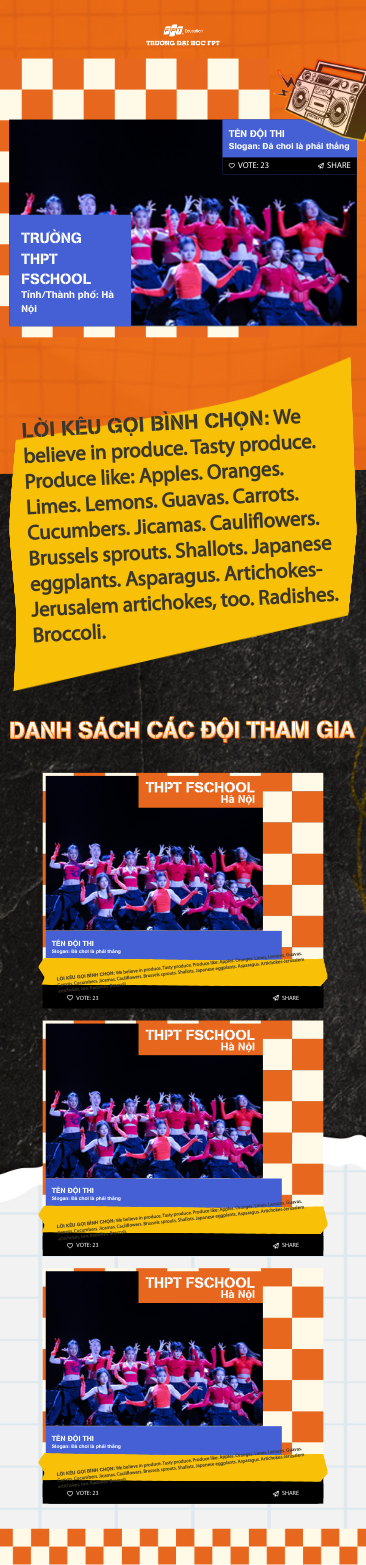
Repository: dinhtri123/hola_fpt
Page: detail.html
An editor plug-in stored every save of this project. The page is shown before and after the next save, followed by the edit.
The browser window is 600 px wide. The pictures show the whole page, at 61% of full size.

Above is the page before, as saved 2025-01-04 23:15:59.

After the next save:
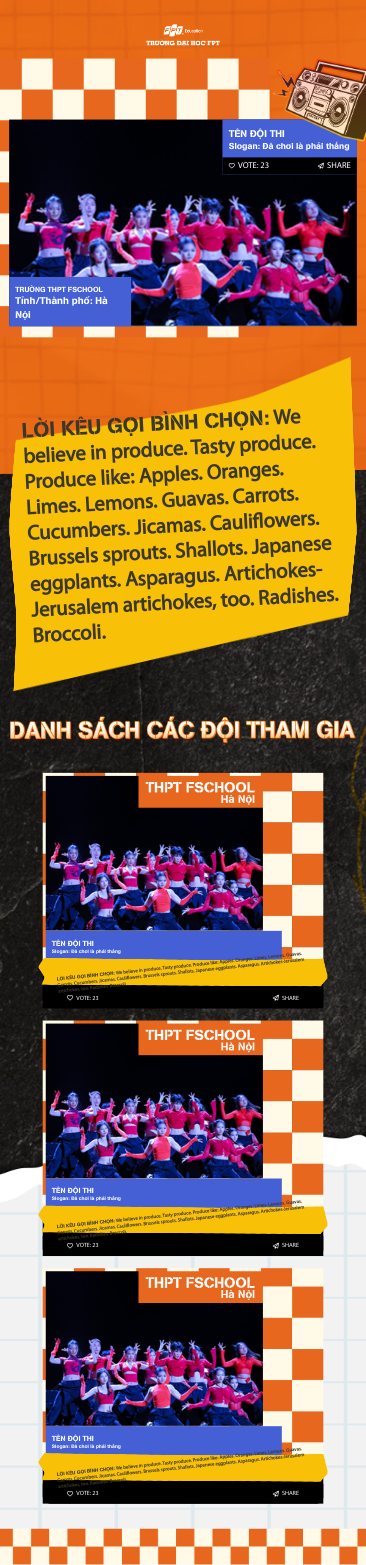
Saved 18 s later.
--- a/styles.css
+++ b/styles.css
@@ -670,5 +670,9 @@
   }
   .detail-top-left span {
     max-width: 200px;
-  }
-}
+    padding: 10px;
+  }
+  .detail-top-left span h3 {
+    font-size: 12px;
+  }
+}
